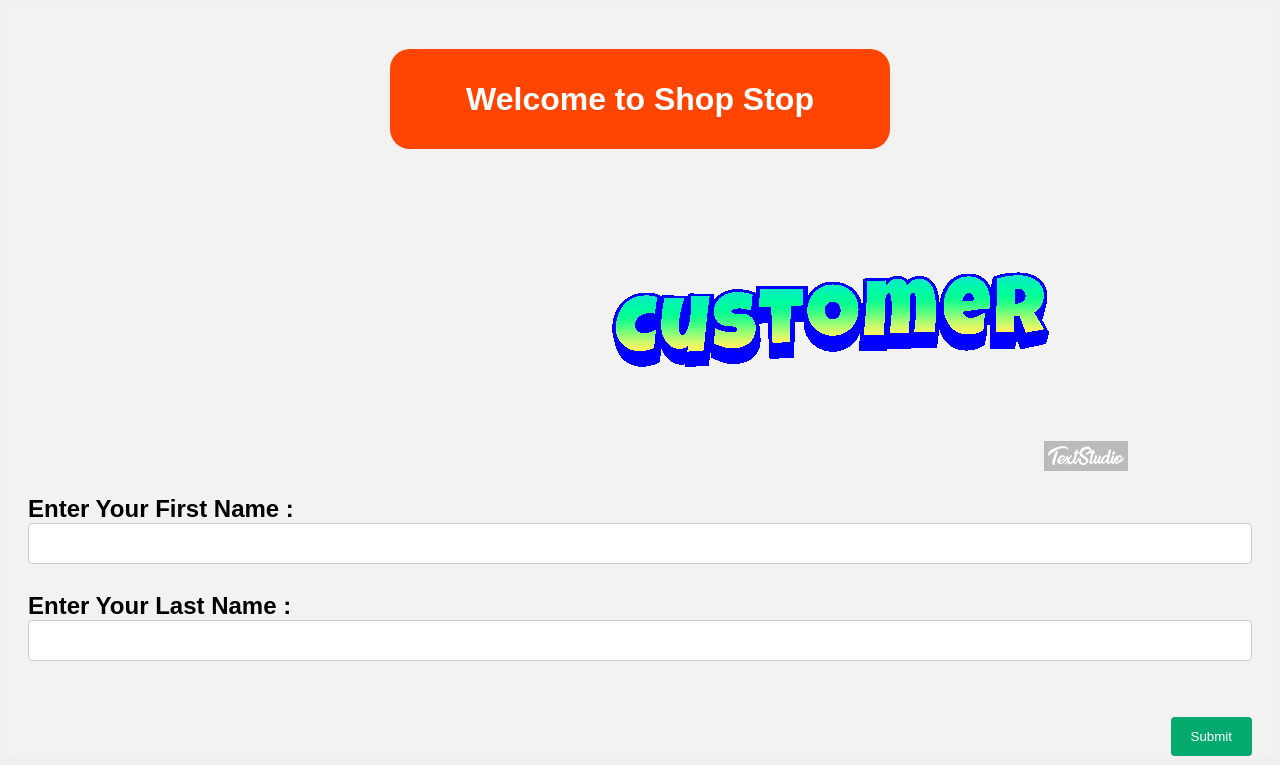
Repository: Rohit-3413/GET-java-training
Page: http://localhost/ShopStop/register.html
An editor plug-in stored every save of this project. The page is shown before and after the next save, followed by the edit.
The browser window is 1280 px wide. The pictures show the whole page.
The page is served by Tomcat 10. Other server files are loaded and not shown.

Above is the page before, as saved 2025-09-19 06:08:04.

### Web-workspace/ShopStop/src/main/webapp/register.html
<!DOCTYPE html>
<html>
<head>
<meta charset="UTF-8">
<title>Customer Registration</title>
<link rel = "stylesheet" href= "css/register.css">
</head>
<body>
	<div class="container">
		<h1>Welcome to Shop Stop</h1>
		<img alt="customer shopping" src="images/customer.gif">
		<form name="frmRegistration" action="FirstName">
			<h2>
				Enter Your First Name : <input name="txtFirstName" type="text"
					id="txtFirstName"> <br>
				<br> Enter Your Last Name : <input name="txtLastName"
					type="text" id="txtLastName"> <br>
				<br>
				<br> <input type="submit" name="Submit" value="Submit">
			</h2>
		</form>
	</div>
</body>
</html>

### Web-workspace/ShopStop/src/main/webapp/css/register.css
@charset "UTF-8";

body{
    background-color: #f0f0f0;
    font-family: Arial, sans-serif;
}
h1{
	text-align:center;
	background-color:orangered;
	color:white;
	border-radius:20px;
	width:500px;
	height:100px;
	line-height:100px;
	margin-left:auto;
	margin-right:auto;
}
/* Style the container */
.container {
  border-radius: 5px;
  background-color: #f2f2f2;
  padding: 20px;
}

/* Style the submit button */
input[type=submit] {
  background-color: #04AA6D;
  color: white;
  padding: 12px 20px;
  border: none;
  border-radius: 4px;
  cursor: pointer;
  float: right;
}

/* Style inputs, select elements and textareas */
input[type=text], select, textarea{
  width: 100%;
  padding: 12px;
  border: 1px solid #ccc;
  border-radius: 4px;
  box-sizing: border-box;
  resize: vertical;
}

.container img{
	padding-left:500px;
}

After the next save:
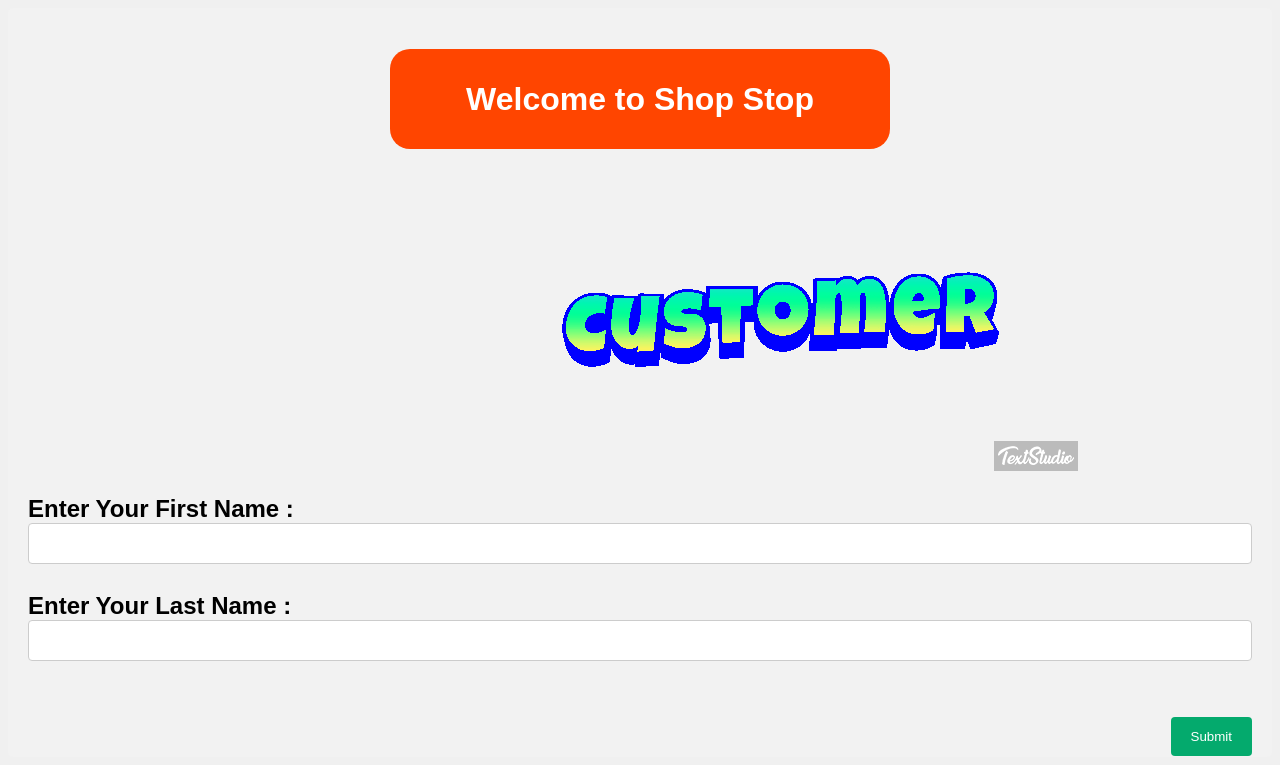
Saved 12 s later.
--- a/Web-workspace/ShopStop/src/main/webapp/css/register.css
+++ b/Web-workspace/ShopStop/src/main/webapp/css/register.css
@@ -44,5 +44,5 @@
 }
 
 .container img{
-	padding-left:500px;
+	padding-left:450px;
 }
